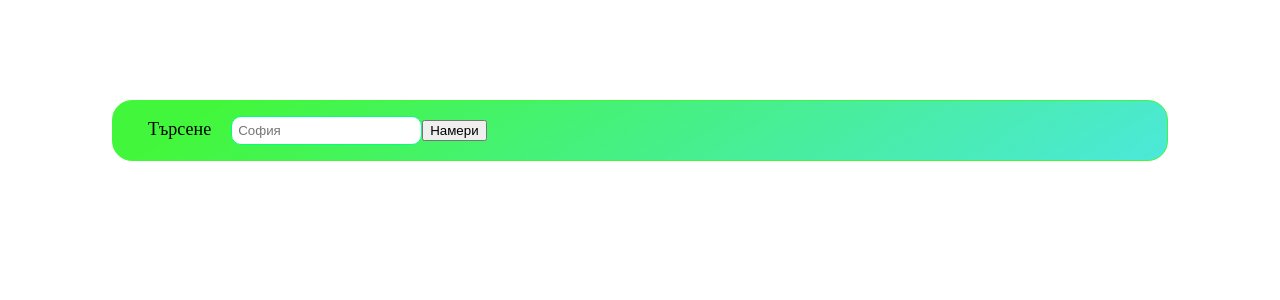
Repository: GeryZlatev/address-search
Page: /
The author's editor kept a copy of each file at every save. The page is drawn from the files as they stood at one save, then again after the next save.
The browser window is 1280 px wide. The pictures show the whole page.
The project was rebuilt for these pictures with package versions that can differ from the ones it lists, and the page was loaded fresh each time.

Above is the page before, as saved 2021-04-09 20:07:23.

### src/index.css
body {
margin: 100px auto;
}

code {
  font-family: source-code-pro, Menlo, Monaco, Consolas, 'Courier New',
    monospace;
}

### src/App.js

import './App.css';
import SearchBar from './components/SearchBar';

function App() {
  return (
    <div className="App">
      <SearchBar/>
    </div>
  );
}

export default App;

### src/components/SearchBar/SearchBar.js
import style from './SearchBar.module.css';

const SearchBar = () => {

    return (
        <div className={style["searchbar-wrapper"]}>
            <form className={style["search-form"]}>
                <label htmlFor="search">
                    Търсене
                </label>
                    <input
                    type="text"
                    autoComplete="true"
                    placeholder="София"
                    name="search"
                    id="search"
                    />

                <input
                    type="submit"
                    value="Намери"
                />
            </form>
        </div>
    )

}

export default SearchBar;

### src/components/SearchBar/SearchBar.module.css
.searchbar-wrapper {
    max-width: 80%;
    margin: 40px auto;
    padding: 15px;
    display: flex;
    justify-content: space-between;
    background: rgb(66,247,59);
    background: linear-gradient(148deg, rgba(66,247,59,1) 10%, rgba(76,232,217,1) 99%);
    border: 1px solid #42f73b;
    border-radius: 20px;

}

.search-form {
    max-width: 100%;
}

.search-form label {
    min-width: 600px;
    margin: 20px;
    font-size: large;
    font-weight: 200;

}

.search-form input[type="text"] {
    min-width: 30%;
    max-width: 80%;
    min-height: 10%;
    padding: 6px;
    outline:springgreen;
    border: 1px solid springgreen;
    border-radius: 10px;
}

Loaded but not shown: public/index.html (common file); src/index.js (common file); src/reportWebVitals.js (common file); src/App.css (common file); src/components/SearchBar/index.js (common file)

After the next save:
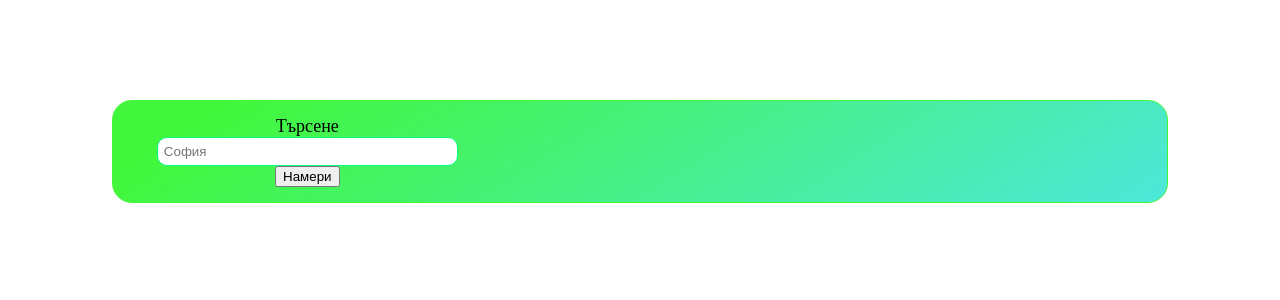
Saved 8 s later.
--- a/src/components/SearchBar/SearchBar.module.css
+++ b/src/components/SearchBar/SearchBar.module.css
@@ -25,7 +25,7 @@
 
 .search-form input[type="text"] {
     min-width: 30%;
-    max-width: 80%;
+    width: 80%;
     min-height: 10%;
     padding: 6px;
     outline:springgreen;
